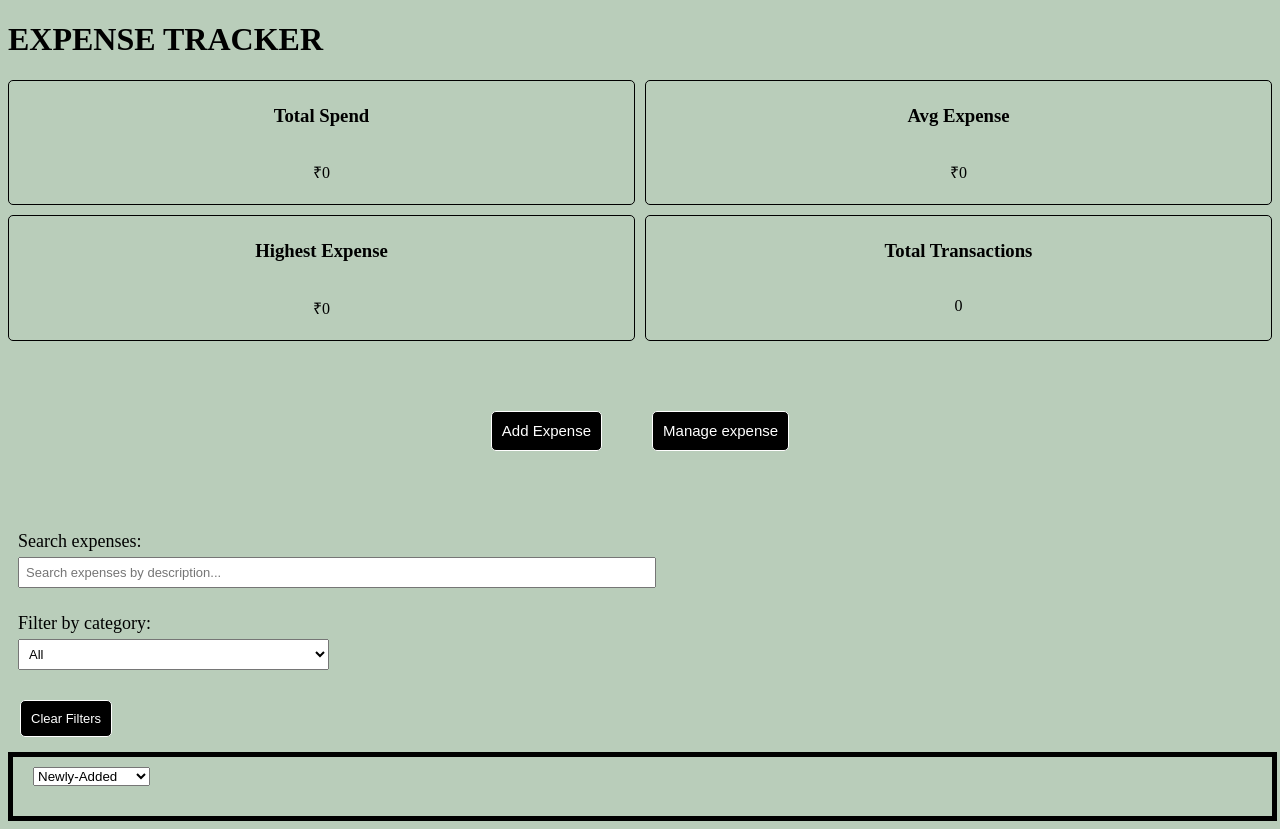
Repository: Gaurav124937/Expense-Tracker
Page: index.html
These files come from the project's save history. The page is drawn as it stood at one moment and after a run of saves; the edit follows.
The browser window is 1280 px wide. The pictures show the whole page.

Above is the page before, as saved 2026-09-20 20:12:53.

After the next 2 saves:
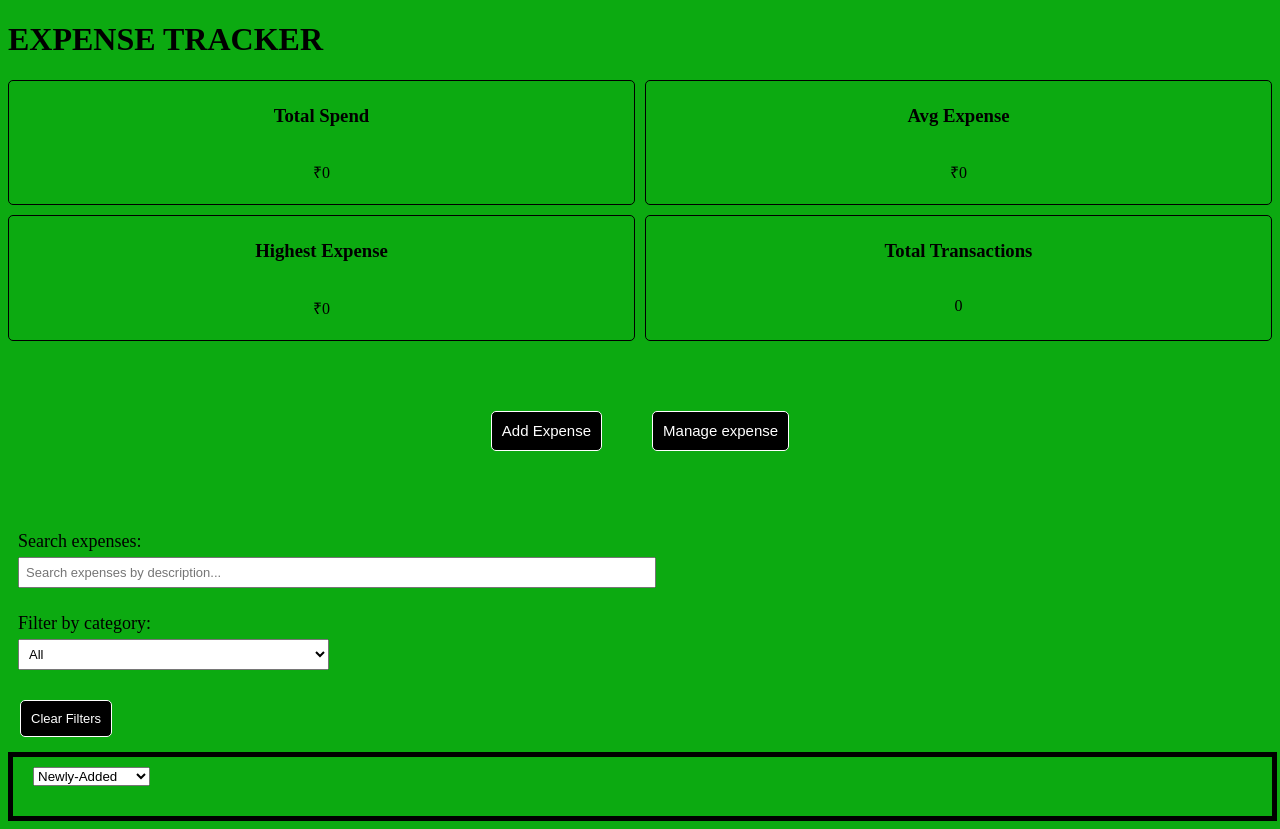
The 2 saves are shown as one change because they came seconds apart.
The last was saved 7 s later.
--- a/style.css
+++ b/style.css
@@ -133,7 +133,7 @@
 }
 
 body {
-  background-color: rgba(13, 81, 15, 0.288);
+  background-color: rgb(12, 170, 17);
 }
 
 .expense-description {
